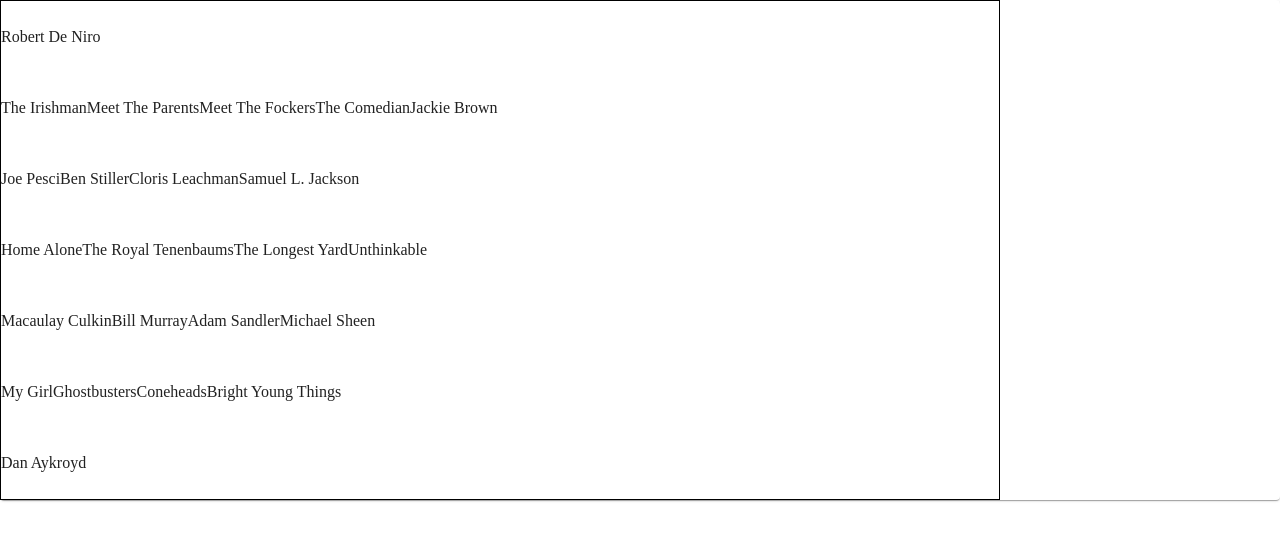
Repository: crittelmeyer/bacon
Page: /
The author's editor kept a copy of each file at every save. The page is drawn from the files as they stood at one save, then again after a run of saves.
The browser window is 1280 px wide. The pictures show the whole page.
The project was rebuilt for these pictures with package versions that can differ from the ones it lists, and the page was loaded fresh each time. Requests to the local data server were answered from the project's data file. Also part of the build but not shown: src/components/Section.jsx, src/components/Grid.jsx, src/components/Row.jsx, src/utils/getColWidth.js, src/components/Col.jsx, src/components/Headings.jsx, src/containers/RepositoryList.jsx, src/containers/RepositorySection.jsx and 1 more.

Above is the page before, as saved 2019-12-02 15:40:46.

### src/index.html
<!DOCTYPE html>
<html lang="en">
  <head>
    <meta charset="UTF-8" />
    <meta name="viewport" content="width=device-width, initial-scale=1.0" />
    <meta http-equiv="X-UA-Compatible" content="ie=edge" />
    <title>React Starter Kit</title>
  </head>
  <body>
    <div id="app"></div>
  </body>
</html>

### src/index.jsx
import 'regenerator-runtime/runtime';

/* IE 10+ support */
import 'core-js/modules/es.promise';
import 'core-js/modules/es.array.iterator';
import 'core-js/modules/es.object.values';
import 'core-js/modules/es.set';
import 'core-js/modules/es.map';

import 'whatwg-fetch';

import React from 'react';
import ReactDOM from 'react-dom';
import { Provider } from 'react-redux';
import { ConnectedRouter } from 'connected-react-router';

import sagas from './modules/sagas';
import history from './utils/history';
import configureStore from './configureStore';

import App from './containers/App';

import './globalStyles.scss';

const initialState = {};
const store = configureStore(initialState, history);
const MOUNT_NODE = document.getElementById('app');

store.runSaga(sagas);

const render = () => {
  ReactDOM.render(
    <Provider store={store}>
      <ConnectedRouter history={history}>
        <App />
      </ConnectedRouter>
    </Provider>,
    MOUNT_NODE,
  );
};

render();

### src/modules/sagas.js
import { all, fork } from 'redux-saga/effects';
import { watchFetchRepos } from './repos/reposSagas';
import { watchFetchHops } from './hops/hopsSagas';

export default function* sagas() {
  yield all([
    fork(watchFetchRepos),
    fork(watchFetchHops),
  ]);
}

### src/configureStore.js
import { createStore, applyMiddleware, compose } from 'redux';
import { routerMiddleware } from 'connected-react-router';
import createSagaMiddleware from 'redux-saga';
import createReducer from './modules/reducers';

const sagaMiddleware = createSagaMiddleware();

export default function configureStore(initialState = {}, history) {
  let composeEnhancers = compose;

  if (process.env.NODE_ENV !== 'production' && typeof window === 'object') {
    /* eslint-disable no-underscore-dangle */
    if (window.__REDUX_DEVTOOLS_EXTENSION_COMPOSE__) {
      composeEnhancers = window.__REDUX_DEVTOOLS_EXTENSION_COMPOSE__({});
    }
  }

  const sagaMiddleware = createSagaMiddleware();
  const middlewares = [sagaMiddleware, routerMiddleware(history)];
  const enhancers = [applyMiddleware(...middlewares)];

  const store = createStore(
    createReducer(),
    initialState,
    composeEnhancers(...enhancers),
  );

  store.runSaga = sagaMiddleware.run;

  return store;
}

### src/containers/App.jsx
import React, { Fragment } from 'react';
import { Switch, Route } from 'react-router-dom';
import HopsGraphPage from '../pages/HopsGraphPage';
import ReposPage from '../pages/ReposPage';

export default function App() {
  return (
    <Fragment>
      <Switch>
        <Route exact path="/" component={HopsGraphPage} />
        <Route exact path="/repos" component={ReposPage} />
      </Switch>
    </Fragment>
  );
}

### src/globalStyles.scss
/* RESET RULES */
body {
  margin: 0;
}

h1,
h2,
h3,
h4,
h5,
h6,
p,
li,
ul {
  margin: 0;
  padding: 0;
}

ul {
  list-style-type: none;
}

button {
  border: none;
}

button:focus {
  outline: 0;
}

article,
aside,
details,
figcaption,
figure,
footer,
header,
hgroup,
main,
menu,
nav,
section,
summary {
  display: block;
}
/* END RESET RULES */

/* BASE RULES */
*,
*:before,
*:after {
  box-sizing: inherit;
}

html {
  height: 100%;
  box-sizing: border-box;
  overflow-x: hidden;
  -webkit-overflow-scrolling: touch;
  -webkit-text-size-adjust: 100%;
  -ms-text-size-adjust: 100%;
}

html,
body {
  -webkit-font-smoothing: antialiased;
}

body {
  min-height: 100%;
  background: #fff;
}

img {
  width: auto;
  max-width: 100%;
  height: auto;
}

-moz-::selection {
  background-color: #000;
  color: #fff;
}

::selection {
  background-color: #000;
  color: #fff;
}
/* END BASE RULES */

### src/modules/repos/reposSagas.js
import { call, put, takeEvery } from 'redux-saga/effects';
import fetch from 'isomorphic-fetch';
import { reposLoaded, reposLoadingError } from './reposActions';
import { LOAD_REPOS } from './reposConstants';

function fetchReposApi() {
  return fetch('https://api.github.com/users/Nickew/repos?sort=pushed').then(
    response => response.json(),
  );
}

function* fetchRepos() {
  const repos = yield call(fetchReposApi);
  if (repos.message) {
    yield put(reposLoadingError(repos.message));
  } else {
    yield put(reposLoaded(repos));
  }
}

export function* watchFetchRepos() {
  yield takeEvery(LOAD_REPOS, fetchRepos);
}

### src/modules/hops/hopsSagas.js
import { call, put, takeEvery } from 'redux-saga/effects';
import fetch from 'isomorphic-fetch';
import { hopsLoaded, hopsLoadingError } from './hopsActions';
import { LOAD_HOPS } from './hopsConstants';

function fetchHopsApi() {
  return fetch('http://localhost:3000/search').then(
    response => response.json(),
  );
}

function* fetchHops() {
  const hops = yield call(fetchHopsApi);
  if (hops.message) {
    yield put(hopsLoadingError(hops.message));
  } else {
    yield put(hopsLoaded(hops));
  }
}

export function* watchFetchHops() {
  yield takeEvery(LOAD_HOPS, fetchHops);
}

### src/modules/reducers.js
import { combineReducers } from 'redux';
import { connectRouter } from 'connected-react-router';
import hopsReducer from './hops/hopsReducer';
import reposReducer from './repos/reposReducer';
import history from '../utils/history';

export default function createReducer(injectedReducers = {}) {
  const rootReducer = combineReducers({
    router: connectRouter(history),
    repos: reposReducer,
    hops: hopsReducer,
    ...injectedReducers,
  });

  return rootReducer;
}

### src/pages/HopsGraphPage.jsx
import React from 'react';
import HopsGraph from '../containers/HopsGraph';

const HopsGraphPage = () => <HopsGraph />;

export default HopsGraphPage;

### src/modules/repos/reposActions.js
import {
  LOAD_REPOS,
  LOAD_REPOS_SUCCESS,
  LOAD_REPOS_ERROR,
} from './reposConstants';

export const loadRepos = () => ({
  type: LOAD_REPOS,
});

export const reposLoaded = repos => ({
  type: LOAD_REPOS_SUCCESS,
  repos,
});

export const reposLoadingError = error => ({
  type: LOAD_REPOS_ERROR,
  error,
});

### src/modules/repos/reposConstants.js
export const LOAD_REPOS = 'LOAD_REPOS';
export const LOAD_REPOS_SUCCESS = 'LOAD_REPOS_SUCCESS';
export const LOAD_REPOS_ERROR = 'LOAD_REPOS_ERROR';

### src/modules/hops/hopsActions.js
import {
  LOAD_HOPS,
  LOAD_HOPS_SUCCESS,
  LOAD_HOPS_ERROR,
} from './hopsConstants';

export const loadHops = () => ({
  type: LOAD_HOPS,
});

export const hopsLoaded = hops => ({
  type: LOAD_HOPS_SUCCESS,
  hops,
});

export const hopsLoadingError = error => ({
  type: LOAD_HOPS_ERROR,
  error,
});

### src/modules/hops/hopsConstants.js
export const LOAD_HOPS = 'LOAD_HOPS';
export const LOAD_HOPS_SUCCESS = 'LOAD_HOPS_SUCCESS';
export const LOAD_HOPS_ERROR = 'LOAD_HOPS_ERROR';

### src/modules/hops/hopsReducer.js
import produce from 'immer';

import {
  LOAD_HOPS,
  LOAD_HOPS_SUCCESS,
  LOAD_HOPS_ERROR,
} from './hopsConstants';

const initialState = {
  loading: false,
  error: false,
  data: {},
};

/* eslint-disable no-param-reassign */
/* eslint-disable default-case */
const hopsReducer = (state = initialState, action) =>
  produce(state, draft => {
    switch (action.type) {
      case LOAD_HOPS:
        draft.loading = true;
        draft.error = false;
        draft.data = {};
        break;
      case LOAD_HOPS_SUCCESS:
        draft.loading = false;
        draft.error = false;
        draft.data = action.hops;
        break;
      case LOAD_HOPS_ERROR:
        draft.loading = false;
        draft.error = action.error;
        break;
    }
  });

export default hopsReducer;

### src/modules/repos/reposReducer.js
import produce from 'immer';

import {
  LOAD_REPOS,
  LOAD_REPOS_SUCCESS,
  LOAD_REPOS_ERROR,
} from './reposConstants';

const initialState = {
  loading: false,
  error: false,
  data: {},
};

/* eslint-disable no-param-reassign */
/* eslint-disable default-case */
const reposReducer = (state = initialState, action) =>
  produce(state, draft => {
    switch (action.type) {
      case LOAD_REPOS:
        draft.loading = true;
        draft.error = false;
        draft.data = {};
        break;
      case LOAD_REPOS_SUCCESS:
        draft.loading = false;
        draft.error = false;
        draft.data = action.repos;
        break;
      case LOAD_REPOS_ERROR:
        draft.loading = false;
        draft.error = action.error;
        break;
    }
  });

export default reposReducer;

### src/containers/HopsGraph.jsx
import React, { useEffect } from 'react';
import PropTypes from 'prop-types';
import { connect } from 'react-redux';
import forEach from 'lodash/fp/forEach';
import includes from 'lodash/fp/includes';
import slice from 'lodash/fp/slice';


import { loadHops } from '../modules/hops/hopsActions';

import Paper from '@material-ui/core/Paper';
import { InteractiveForceGraph, ForceGraphNode, ForceGraphLink } from 'react-vis-force';

import BaconGraph from '../components/BaconGraph/BaconGraph';

/* eslint-disable no-shadow */
const HopsGraph = ({ hops, loadHops }) => {
  useEffect(() => {
    loadHops();
  }, []);

  const nodes = {};
  const links = {};

  forEach.convert({ cap: false })(
    (path, pathIndex) => {
      forEach.convert({ cap: false })(
        (hop, index) => {
          const nodeId = `${hop.type}_${hop.imdbId}_${index}`;

          if (!includes(nodeId, Object.keys(nodes))) {
            nodes[nodeId] = {
              level: index,
              label: hop.type === 'movie' ? hop.title : hop.name,
              radius: index === 0 || index === hops.data[pathIndex].length - 1 ? 20 : 20,
              fill: hop.type === 'movie' ? 'red' : 'blue',
            };
          }
        },
        path
      );
    },
    hops.data
  );

  forEach.convert({ cap: false })(
    (_, pathIndex) => {
      forEach.convert({ cap: false })(
        (hop, index) => {
          const source = `${hops.data[pathIndex][index].type}_${hops.data[pathIndex][index].imdbId}_${index}`;
          const target = `${hop.type}_${hop.imdbId}_${index}`;
          const linkId = `${source};${target}`;

          if (!includes(linkId, Object.keys(links))) {
            links[linkId] = {
              source,
              target,
              value: 20,
            };
          }
        },
        slice(1, hops.data[pathIndex].length, hops.data[pathIndex])
      );
    },
    hops.data
  );

  return (
    <Paper>
      {!hops.loading && hops.data.length > 0 &&
        <BaconGraph levelCount={hops.data[0].length} links={links} nodes={nodes} />
      }
    </Paper>
  );

  // return (
  //   <Paper>
  //     {!hops.loading && hops.data.length > 0 &&
  //       <InteractiveForceGraph
  //         showLabels
  //         simulationOptions={{
  //           animate: true,
  //           height: 1000,
  //           width: 1000,
  //           strength: {
  //             collide: 3,
  //             charge: -100,
  //           },
  //         }}
  //         labelAttr="label"
  //         onSelectNode={(node) => console.log(node)}
  //         highlightDependencies
  //       >
  //         {map(
  //           nodeId => (
  //             <ForceGraphNode
  //               key={nodeId}
  //               node={{
  //                 id: nodeId,
  //                 label: nodes[nodeId].label,
  //                 radius: nodes[nodeId].radius,
  //               }}
  //               fill={nodes[nodeId].fill}
  //             />

  //           ),
  //           Object.keys(nodes)
  //         )}
  //         {map(linkId => (
  //           <ForceGraphLink
  //             key={linkId}
  //             link={{
  //               source: links[linkId].source,
  //               target: links[linkId].target,
  //               value: links[linkId].value,
  //             }}
  //           />
  //         ), Object.keys(links))}
  //         <ForceGraphNode
  //           key="more"
  //           node={{
  //             id: 'more',
  //             label: '45 More...',
  //             radius: 20,
  //           }}
  //           fill="green"
  //         />
  //         <ForceGraphLink
  //           key={`${hops.data[0][0].type}_${hops.data[0][0].imdbId}_more`}
  //           link={{
  //             source: `${hops.data[0][0].type}_${hops.data[0][0].imdbId}`,
  //             target: 'more',
  //             value: 30,
  //           }}
  //         />
  //         <ForceGraphLink
  //           key={`${hops.data[0][hops.data[0].length - 1].type}_${hops.data[0][hops.data[0].length - 1].imdbId}_more`}
  //           link={{
  //             source: 'more',
  //             target: `${hops.data[0][hops.data[0].length - 1].type}_${hops.data[0][hops.data[0].length - 1].imdbId}`,
  //             value: 30,
  //           }}
  //         />
  //       </InteractiveForceGraph>
  //     }
  //   </Paper>
  // );
};

const mapStateToProps = state => ({
  hops: state.hops,
});

const mapDispatchToProps = {
  loadHops,
};

HopsGraph.propTypes = {
  hops: PropTypes.object,
  loadHops: PropTypes.func,
};

export default connect(
  mapStateToProps,
  mapDispatchToProps,
)(HopsGraph);

### src/components/BaconGraph/BaconGraph.jsx
import React from 'react';
import PropTypes from 'prop-types';
import injectSheet from 'react-jss';
import forEach from 'lodash/fp/forEach';
import isNil from 'lodash/fp/isNil';
import map from 'lodash/fp/map';

const GRAPH_HEIGHT = 500;
const GRAPH_WIDTH = 1000;

const styles = {
  root: {
    border: 'solid black 1px',
    display: 'flex',
    flexDirection: 'column',
    height: GRAPH_HEIGHT,
    width: GRAPH_WIDTH,
  },
  nodeLevel: ({ levelCount }) => ({
    display: 'flex',
    flexDirection: 'row',
    alignItems: 'center',
    height: GRAPH_HEIGHT / levelCount,
  }),
};

const BaconGraph = ({ classes, levelCount, links, nodes }) => {
  const nodesGrouped = new Array(levelCount);

  forEach(
    node => {
      console.log('adding', node, 'to nodesGrouped at index', node.level);
      if (isNil(nodesGrouped[node.level])) {
        nodesGrouped[node.level] = [];
      }
      nodesGrouped[node.level].push(node);
      console.log('now', nodesGrouped);
    },
    nodes
  );

  console.log(nodesGrouped);


  return (
    <div className={classes.root}>
      {
        map.convert({ cap: false })(
          (nodeLevel, index) =>
            (<div className={classes.nodeLevel}>
              {
                map.convert({ cap: false })(
                  node => <div>{node.label}</div>,
                  nodeLevel
                )
              }
            </div>),
          nodesGrouped
        )
      }
    </div>
  );
};

BaconGraph.propTypes = {
  classes: PropTypes.object,
  links: PropTypes.object,
  nodes: PropTypes.object,
};

export default injectSheet(styles)(BaconGraph);

Loaded but not shown: src/utils/history.js (common file); test-data/db.json (752 lines, source omitted)

After the next 2 saves:
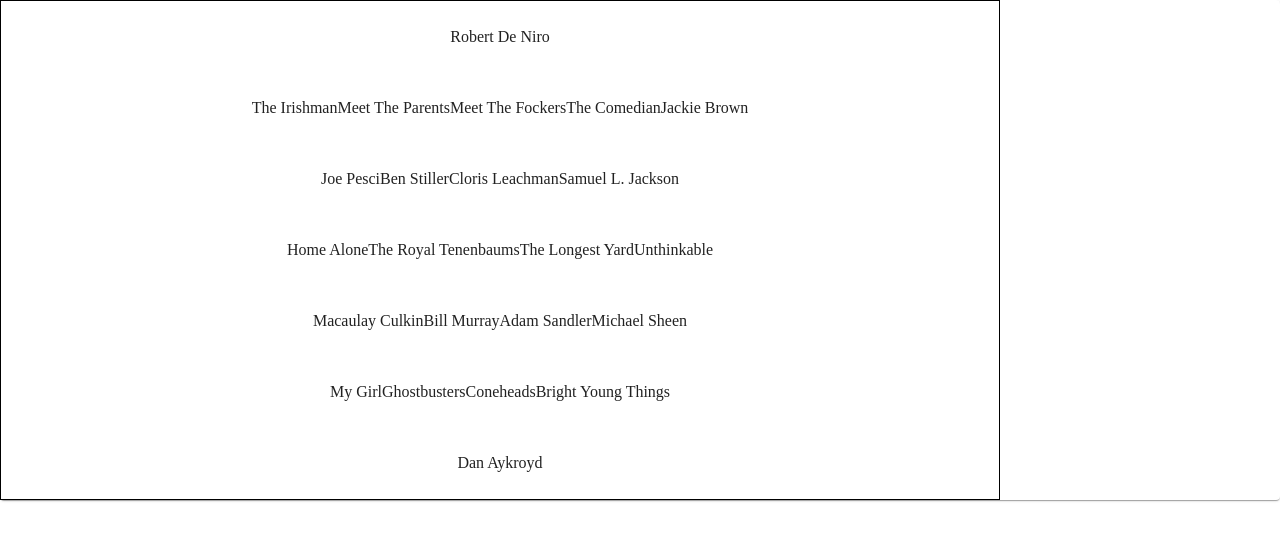
The 2 saves are shown as one change because they came seconds apart.
The last was saved 12 s later.
--- a/src/components/BaconGraph/BaconGraph.jsx
+++ b/src/components/BaconGraph/BaconGraph.jsx
@@ -21,6 +21,7 @@
     flexDirection: 'row',
     alignItems: 'center',
     height: GRAPH_HEIGHT / levelCount,
+    justifyContent: 'center',
   }),
 };
 
@@ -54,7 +55,7 @@
                   nodeLevel
                 )
               }
-            </div>),
+             </div>),
           nodesGrouped
         )
       }
